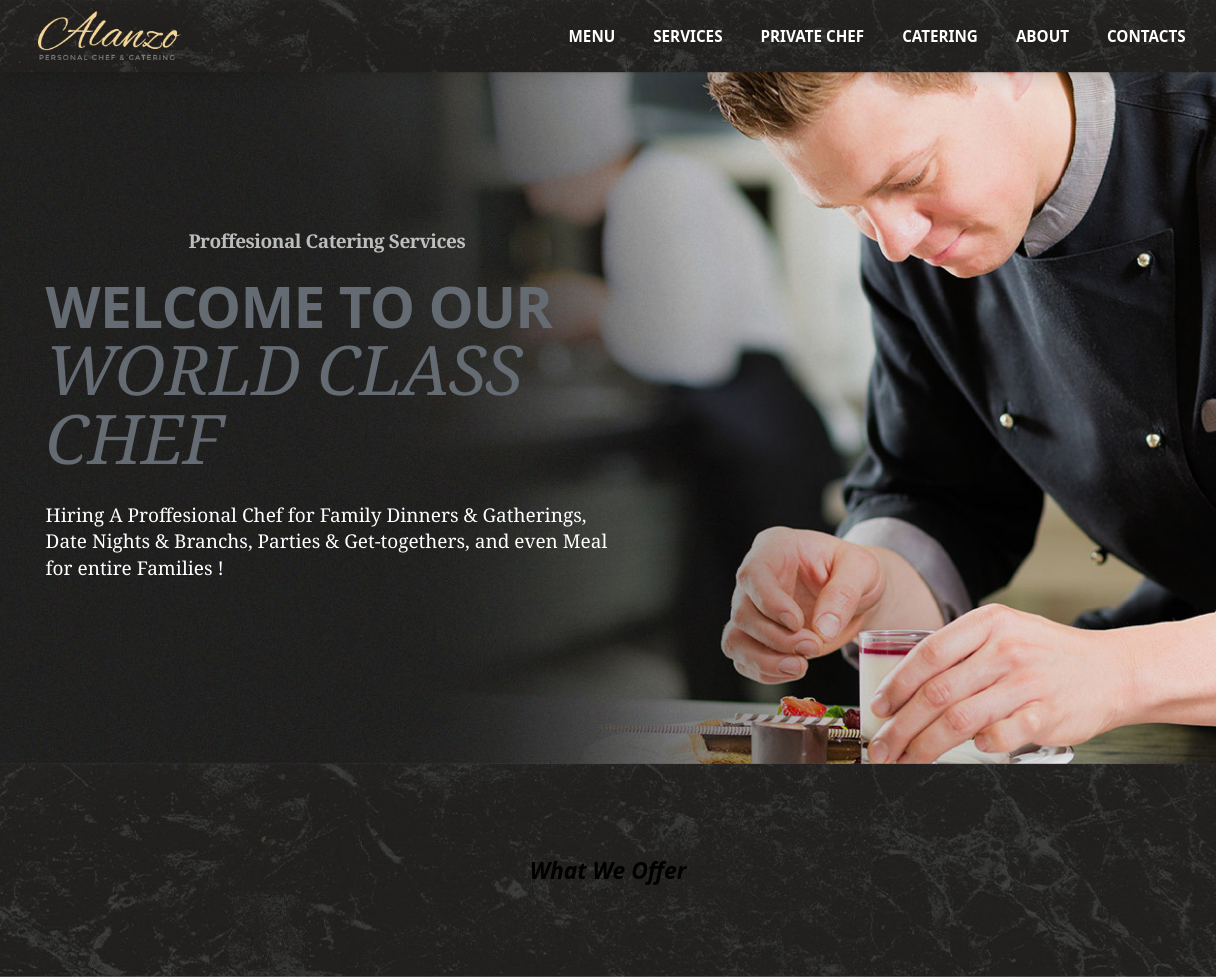
Repository: remydev47/alanzo
Page: /
The author's editor kept a copy of each file at every save. The page is drawn from the files as they stood at one save, then again after the next save.
The browser window is 1280 px wide. The pictures show the whole page, at 95% of full size.
The project was rebuilt for these pictures with package versions that can differ from the ones it lists, and the page was loaded fresh each time. The framework's server and built-in components were replaced by stand-ins that run in the browser. Also part of the build but not shown: next.config.js, components/Aboutus.tsx, components/Consulting.tsx, components/Catering.tsx, components/Menu.tsx, components/Testimonials.tsx, components/CTA.tsx, components/Footer.tsx.

Above is the page before, as saved 2022-12-17 11:58:01.

### pages/_app.tsx
import '../styles/globals.css'
import type { AppProps } from 'next/app'
import Navbar from '../components/Navbar'

function MyApp({ Component, pageProps }: AppProps) {
  return (
    <>

      <Component {...pageProps} />
    </>
  )
}

export default MyApp

### pages/index.tsx
import type { NextPage } from 'next'
import Head from 'next/head'
import Image from 'next/image'
import { Hero, Services } from '../components'
import Navbar from '../components/Navbar'


const Home: NextPage = () => {
  return (
    <div className="bg-[url('/images/bg_2.jpg')]">
      <Head>
        <title>Avantos</title>
        <link rel="icon" href="/favicon.ico" />
      </Head>
      <Navbar />
      <Hero />
      <Services />

    </div>
  )
}

export default Home

### components/index.ts
import Hero from "./Hero";
import Services from "./Services";
import Aboutus from "./Aboutus";
import Consulting from "./Consulting";
import Catering from "./Catering";
import Menu from "./Menu";
import Testimonials from "./Testimonials";
import CTA from "./CTA";
import Footer from "./Footer";

export {
    Hero, Services, CTA, Catering, Consulting, Footer, Menu, Aboutus, Testimonials
}

### components/Navbar.tsx
import React from 'react';
import { navLinks } from '../constants';
import Menupopover from './Menupopover';
import Image from 'next/image';
import Logo from './Logo';
import { Button } from './Button';

const Navbar = () => {
  return (
    <header className="fixed inset-x-0 bg-[url('/images/bg_2.jpg')] z-20 flex justify-between items-center py-2 px-2 shadow-lg dark:bg-slate-900 sm:py-3 sm:px-8">
            <div className='flex grow-0 basis-1/3 md:hidden'>
                <Menupopover />
            </div>

             <div className='flex grow-0 ml-2 justify-center md:justify-start'>
                <Logo />

            </div>


            <ul className="list-none sm:flex hidden justify-end items-center flex-1">
            {navLinks.map((nav, index) => (
                <li
                key={nav.id}
                className={`font-bold cursor-pointer text-[16px]
                   ${index === navLinks.length - 1 ? 'mr-0' : 'mr-10'}
                  text-white `}
                >
                    <a>{nav.title}</a>
                </li>
            ))}
           </ul>


        </header>
  )
}

export default Navbar

### components/Hero.tsx
import React from 'react'

const Hero = () => {
  return (
    <section className='relative pt-48 pb-12 xl:pt-60 sm:pb-16 lg:pb-32 xl:pb-48 2xl:pb-56'>
    <div className="absolute inset-0">
     <img className="object-cover w-full h-full" src="/images/hero.jpg" alt="" />
    </div>
   <div className='relative'>
    <div className="px-6 mx-auto sm:px-8 lg:px-12 max-w-7xl">
      <div className="w-full lg:w-2/3 xl:w-1/2">
        <h1 className="font-serif text-xl font-bold tracking-tight text-white text-opacity-70 text-center">Proffesional Catering Services</h1>
        <p className="mt-6 tracking-tighter text-[#656b72]">
          <span className="font-sans font-bold text-6xl">WELCOME TO OUR </span><br />
          <span className="font-serif italic font-BOLD text-7xl">WORLD CLASS CHEF</span>
        </p>
        <p className="mt-8 font-erif text-xl font-serif text-[#fff]">
          Hiring A Proffesional Chef for Family Dinners & Gatherings, Date Nights & Branchs, Parties & Get-togethers, and even Meal for entire Families !
        </p>
      </div>
    </div>
   </div>
  </section>
  )
}

export default Hero

### components/Services.tsx
import React from 'react'
import styles from '../styles'

const Services = () => {
  return (
    <section className={`${styles.paddings} bg-[url('/images/bg_2.jpg')] sm:py-16 lg:py-24`}>
      <div className="px-4 mx-auto max-w-7xl sm:px-6 lg:px-8">
       <div className="max-w-2xl mx-auto text-center">
        <h2 className="text-xl italic font-semibold leading-tight text-black  lg:text-2xl">What We Offer</h2>
       </div>
      </div>
    </section>
  )
}

export default Services

### constants/index.ts
export const navLinks =[
    {
        id:"menu",
        title:"MENU",
    },
    {
        id:"services",
        title:"SERVICES",
    },
    {
        id:"privatechef",
        title:"PRIVATE CHEF",
    },
    {
        id:"catering",
        title:"CATERING",
    },
    {
        id:"aboutus",
        title:"ABOUT",
    },
    {
        id:"contacts",
        title:"CONTACTS",
    },
]

### components/Menupopover.tsx
import React, {useState, Fragment} from 'react';
import { navLinks } from '../constants';
import { IconButton, Button } from './Button';
import { Transition, Dialog } from '@headlessui/react';
import Logo from './Logo';
import Image from 'next/image';

const Menupopover = () => {
  const [isOpen, setIsOpen] = useState(false)

  return (
    <div>
    <IconButton
      variant='ghost'
      aria-label='menu'
      onClick={() => setIsOpen(!isOpen)}
    >
      <svg className='w-6 h-6 ' fill='none' stroke='currentColor'>
        <path
          strokeLinecap='round'
          strokeLinejoin='round'
          strokeWidth={2}
          d='M4 6h16M4 12h16M4 18h16'
        />
      </svg>
    </IconButton>
    <Transition
      show={isOpen}
      appear
      as={Fragment}
      enter='transform transition ease-in-out duration-300'
      enterFrom='-translate-x-full'
      enterTo='translate-x-0'
      leave='transform transition ease-in-out duration-300 delay-200'
      leaveFrom='translate-x-0'
      leaveTo='-translate-x-full'
     >
     <Dialog
       as='div'
       className={`fixed inset-0 z-50`}
       onClose={setIsOpen}
       open={isOpen}
       >
       <Transition.Child
         as={Fragment}
         enter='ease-out duration-300 delay-300'
         enterFrom='opacity-0'
         enterTo='opacity-100'
         leave='ease-in duration-200'
         leaveFrom='opacity-100'
         leaveTo='opacity-0'
       >

        <Dialog.Overlay
          className={`fixed inset-0 bg-black/20 backdrop-blur-sm dark:bg-gray-900/80`}
         />
      </Transition.Child>
       <div className={styles.dialogcontainer}>
        <a className='mx-auto mt-4 flex w-[140px] '>
          <Logo />
        </a>
        <ul
            className={styles.navWrapper2}
         >
            {navLinks.map((nav, index) => (
                <li
                 key={nav.id}
                 className={` font-bold cursor-pointer text-[16px]
                  mt-2 border-t border-slate-200 py-4 dark:border-slate-600
                  ${index === navLinks.length - 1 ? 'mr-0' : 'mb-4'}
                  text-white `}
                >
                 <a href={`#${nav.id}`}>
                    {nav.title}
                 </a>
                </li>
             ))}
         </ul>

        <IconButton
          variant='ghost'
          aria-label='close menu'
          className='absolute top-5 right-5'
          onClick={() => setIsOpen(false)}
        >
          <svg
            viewBox='0 0 10 10'
            className='h-2.5 w-2.5 overflow-visible'
            aria-hidden='true'
          >
            <path
                d='M0 0L10 10M10 0L0 10'
                fill='none'
                stroke='currentColor'
                strokeWidth='2'
                strokeLinecap='round'
              />
          </svg>
        </IconButton>
       </div>
     </Dialog>
    </Transition>
  </div>
  )
}

export default Menupopover;

const styles ={
  dialogcontainer:`fixed top-0 bottom-0 left-0 w-full max-w-xs rounded-r-xl bg-[#092341] p-6 shadow-lg dark:bg-gray-800`,
  menuitems:`group relative flex h-9 items-center oveflow-hidden rounded-md hover:bg-slate-200/50`,
  navWrapper2:`list-none flex flex-col justify-end items-center flex-1`,
}

### components/Logo.tsx
import React from 'react'
import Image from 'next/image'

const Logo = () => {
  return (
    <div>
      <Image
        src='/images/logo.png'
        alt='Alanzo'
        height={60}
        width={150}
      />
    </div>
  )
}

export default Logo

### styles/index.ts
const styles = {
    innerWidth: '2xl:max-w-[1280px] w-full',
    interWidth: 'lg:w-[80%] w-[100%]',

    paddings: 'sm:p-16 xs:p-8 px-6 py-12',
    yPaddings: 'sm:py-16 xs:py-8 py-12',
    xPaddings: 'sm:px-16 px-6',
    topPaddings: 'sm:pt-16 xs:pt-8 pt-12',
    bottomPaddings: 'sm:pb-16 xs:pb-8 pb-12',

    flexCenter: 'flex justify-center items-center',
    flexStart: 'flex justify-start items-start',
    flexEnd: 'flex justify-end',
    navPadding: 'pt-[98px]',

    // hero section
    heroHeading:
        'font-bold lg:text-[144px] md:text-[100px] sm:text-[60px] text-[44px] lg:leading-[158.4px] md:leading-[114.4px] sm:leading-[74.4px] leading-[64.4px] uppercase text-white',
    heroDText:
        'md:w-[212px] sm:w-[80px] w-[60px] md:h-[108px] sm:h-[48px] h-[38px] md:border-[18px] border-[9px] rounded-r-[50px] border-white sm:mx-2 mx-[6px]',
  };

  export default styles;

### components/Button/index.tsx
import React, { forwardRef } from "react";
//import { __DEV__ } from "../../utils/assertions";

type BaseButtonProps = Omit<React.HTMLProps<HTMLButtonElement>, "size">;

/* === Button Element === */

export interface ButtonProps extends BaseButtonProps {
  children: React.ReactNode;
  fullWidth?: boolean;
  className?: string;
  variant?: "solid" | "outline" | "ghost";
  size?: "sm" | "md" | "lg";
  as?: string;
  isExternal?: boolean;
  type?: "button" | "submit" | "reset";
}

export const Button = forwardRef<HTMLButtonElement, ButtonProps>(
  (
    {
      children,
      variant = "solid",
      size = "md",
      fullWidth = false,
      className,
      as = "button",
      isExternal = false,
      ...rest
    },
    ref
  ) => {
    let tempClassNames: string[] = [];

    const sharedClasses = [
      "capitalize",
      "focus:outline-none",
      "focus:ring-2",
      "focus:ring-indigo-400",
      "focus:ring-offset-2",
      "focus:ring-offset-indigo-50",
      "font-semibold",
      "rounded-full",
      "inline-flex",
      "flex-shrink-0",
      "items-center",
      "justify-center",
      "transition-colors",
      "ease-in-out",
      "duration-500",
    ];

    if (fullWidth) sharedClasses.push("w-full");

    // handle variants
    let btnSolid = ["bg-indigo-600", "hover:bg-indigo-700", "text-white"];
    let btnOutline = [
      "dark:text-white",
      "hover:text-indigo-700",
      "hover:dark:text-indigo-700",
      "bg-transparent",
      "hover:bg-indigo-50",
      "border",
      "border-indigo-600",
    ];
    let btnGhost = [
      "bg-transparent",
      "dark:text-white",
      "hover:bg-indigo-50",
      "hover:text-indigo-700",
      "hover:dark:text-indigo-700",
    ];

    if (variant === "solid") {
      tempClassNames = [...sharedClasses, ...btnSolid];
    } else if (variant === "outline") {
      tempClassNames = [...sharedClasses, ...btnOutline];
    } else if (variant === "ghost") {
      tempClassNames = [...sharedClasses, ...btnGhost];
    }

    // handle sizes
    let sizeSm = ["h-8", "px-2", "text-sm"];
    let sizeMd = ["h-10", "px-3"];
    let sizeLg = ["h-12", "px-4", "text-lg"];

    if (size === "sm") {
      tempClassNames = [...tempClassNames, ...sizeSm];
    } else if (size === "md") {
      tempClassNames = [...tempClassNames, ...sizeMd];
    } else if (size === "lg") {
      tempClassNames = [...tempClassNames, ...sizeLg];
    }

    let classes = tempClassNames.join(" ");

    let Element = as ? (
      React.createElement(
        as,
        {
          className: `${classes} ${className}`,
          target: isExternal ? "_blank" : undefined,
          rel: isExternal ? "noopener noreferrer" : undefined,
          ref,
          ...rest,
        },
        children
      )
    ) : (
      <button {...rest} className={`${classes} ${className}`} ref={ref}>
        {children}
      </button>
    );

    return Element;
  }
);

// if (__DEV__) {
//   Button.displayName = "Button";
// }

/* === IconButton Element === */

export interface IconButtonProps extends ButtonProps {
  icon?: React.ReactElement;
  "aria-label": string;
}

export const IconButton = forwardRef<HTMLButtonElement, IconButtonProps>(
  (
    {
      children,
      icon,
      className,
      "aria-label": ariaLabel,
      size = "md",
      ...rest
    },
    ref
  ) => {
    let sharedClasses = ["rounded-full", "!px-0"];

    // handle sizes
    let sizeSm = ["w-8"];
    let sizeMd = ["w-10"];
    let sizeLg = ["w-12"];

    if (size === "sm") {
      sharedClasses = [...sharedClasses, ...sizeSm];
    } else if (size === "md") {
      sharedClasses = [...sharedClasses, ...sizeMd];
    } else if (size === "lg") {
      sharedClasses = [...sharedClasses, ...sizeLg];
    }

    /**
     * Passing the icon as prop or children should work
     */
    const element = icon || children;
    const _children = React.isValidElement(element)
      ? React.cloneElement(element as any, {
          "aria-hidden": true,
          focusable: false,
        })
      : null;

    let classes = sharedClasses.join(" ");
    return (
      <Button
        className={`${classes} ${className}`}
        aria-label={ariaLabel}
        size={size}
        {...rest}
        ref={ref}
      >
        {_children}
      </Button>
    );
  }
)

### tailwind.config.js
/** @type {import('tailwindcss').Config} */
module.exports = {
  content: [
    './pages/**/*.{js,ts,jsx,tsx}',
    './components/**/*.{js,ts,jsx,tsx}',
  ],
  theme: {
    extend: {
      backgroundImage: {
        'bg_2': "url('/images/bg_2.jpg')",
      },
      colors: {
        'primary-black': '#1A232E',
        'secondary-white': '#c7c7c7',
      },
    },
  },
  plugins: [],
}

Loaded but not shown: styles/globals.css (common file)

After the next save:
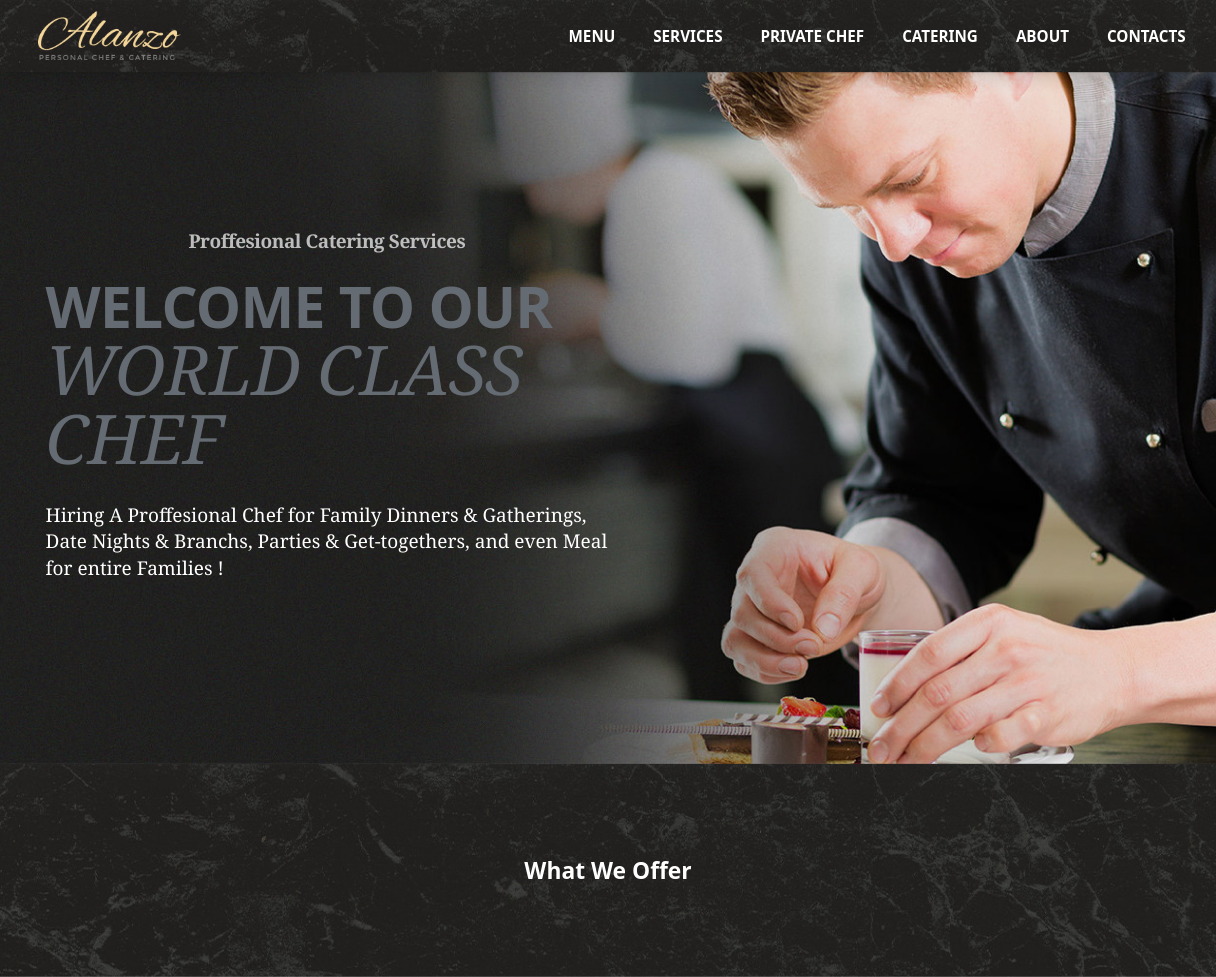
Saved 33 s later.
--- a/components/Services.tsx
+++ b/components/Services.tsx
@@ -6,7 +6,7 @@ const Services = () => {
     <section className={`${styles.paddings} bg-[url('/images/bg_2.jpg')] sm:py-16 lg:py-24`}>
       <div className="px-4 mx-auto max-w-7xl sm:px-6 lg:px-8">
        <div className="max-w-2xl mx-auto text-center">
-        <h2 className="text-xl italic font-semibold leading-tight text-black  lg:text-2xl">What We Offer</h2>
+        <h2 className="text-xl font-bold  leading-tight text-white  lg:text-2xl">What We Offer</h2>
        </div>
       </div>
     </section>
